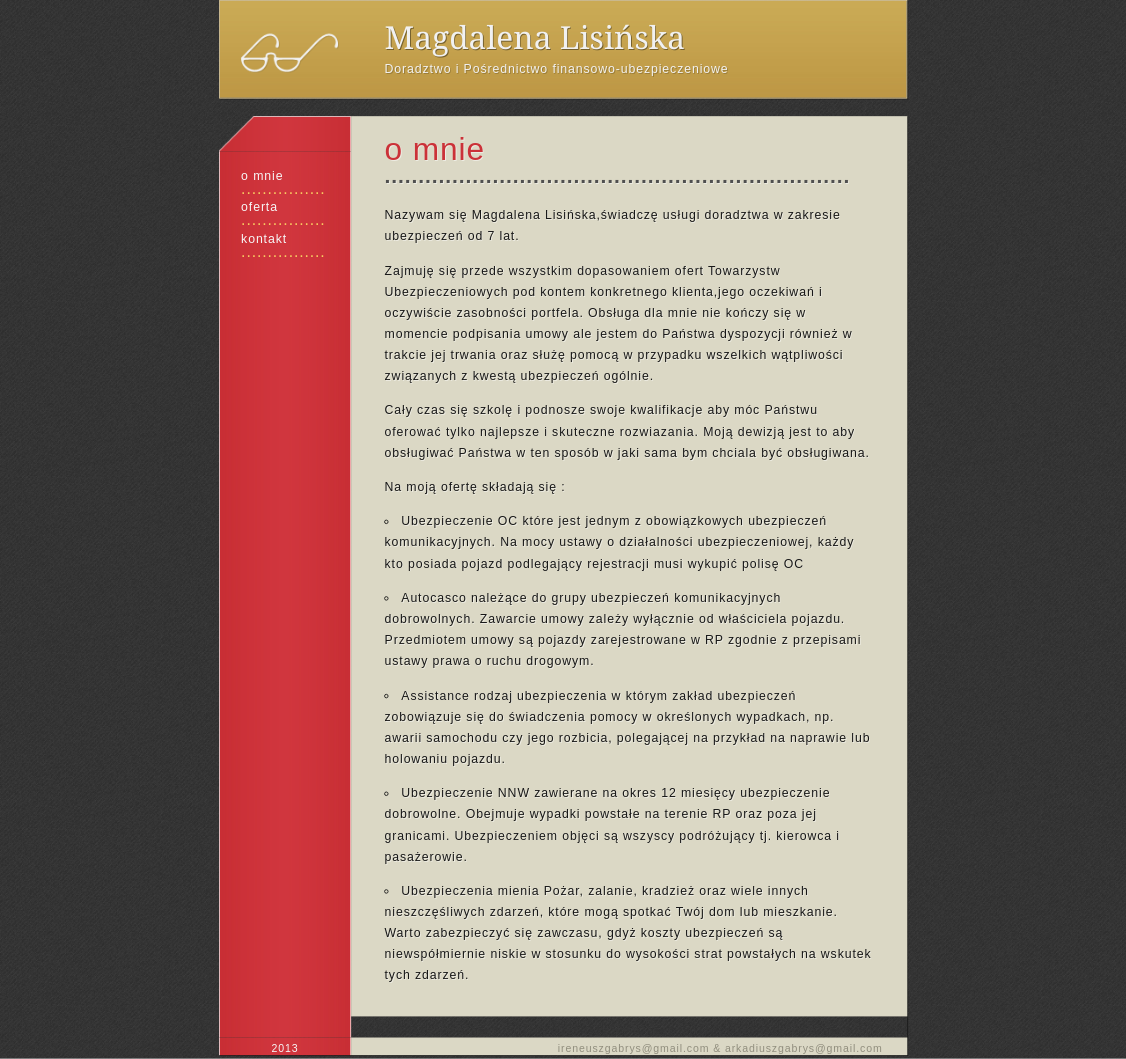
Repository: gabr/php_elicpse_workspace
Page: Magda Lisinska/index.html
These files come from the project's save history. The page is drawn as it stood at one moment and after the next save; the edit follows.
The browser window is 1280 px wide. The pictures show the whole page, at 88% of full size.

Above is the page before, as saved 2013-03-08 13:38:57.

After the next save:
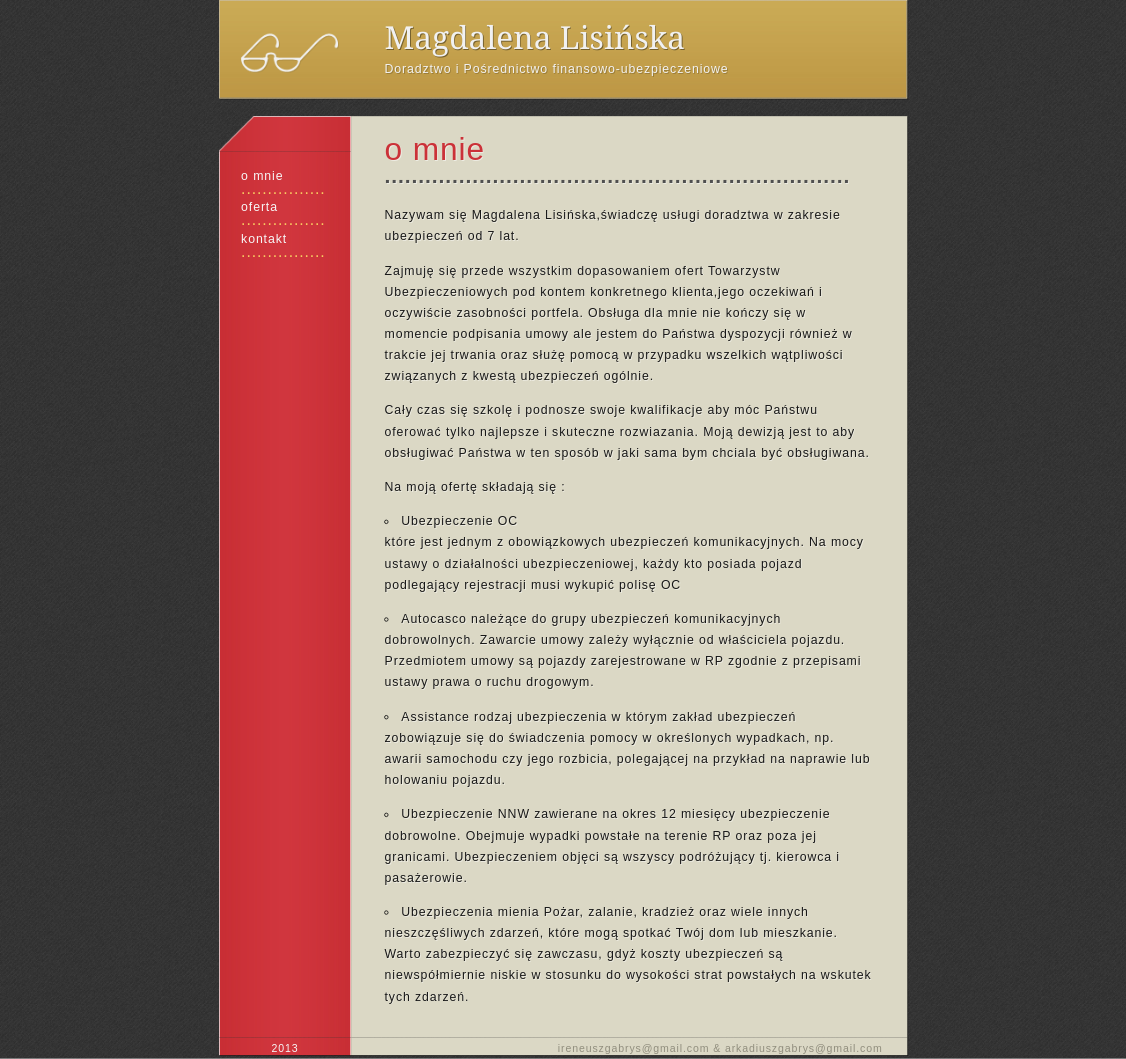
Saved 77 s later.
--- a/Magda Lisinska/index.html
+++ b/Magda Lisinska/index.html
@@ -68,10 +68,10 @@
           jaki sama bym chciala być obsługiwana.</p>
         <p>Na moją ofertę składają się :</p>
         <ul>
-          <li>Ubezpieczenie OC które jest jednym z obowiązkowych
+          <li>Ubezpieczenie OC <p>które jest jednym z obowiązkowych
             ubezpieczeń komunikacyjnych. Na mocy ustawy o działalności
             ubezpieczeniowej, każdy kto posiada pojazd podlegający
-            rejestracji musi wykupić polisę OC</li>
+            rejestracji musi wykupić polisę OC<p></li>
           <li>Autocasco należące do grupy ubezpieczeń
             komunikacyjnych dobrowolnych. Zawarcie umowy zależy
             wyłącznie od właściciela pojazdu. Przedmiotem umowy są
